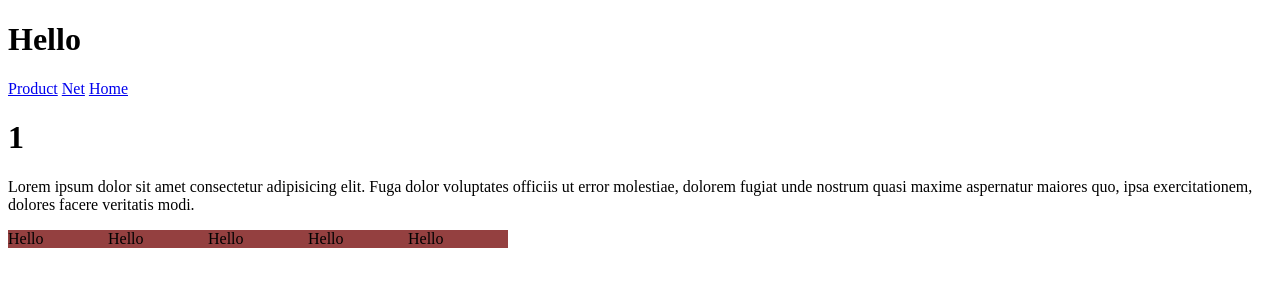
Repository: Nguyen-Toan-2004/du-an-test
Page: index.html
An editor plug-in stored every save of this project. The page is shown before and after a run of saves, followed by the edit.
The browser window is 1280 px wide. The pictures show the whole page.

Above is the page before, as saved 2025-10-20 19:55:55.

After the next 10 saves:
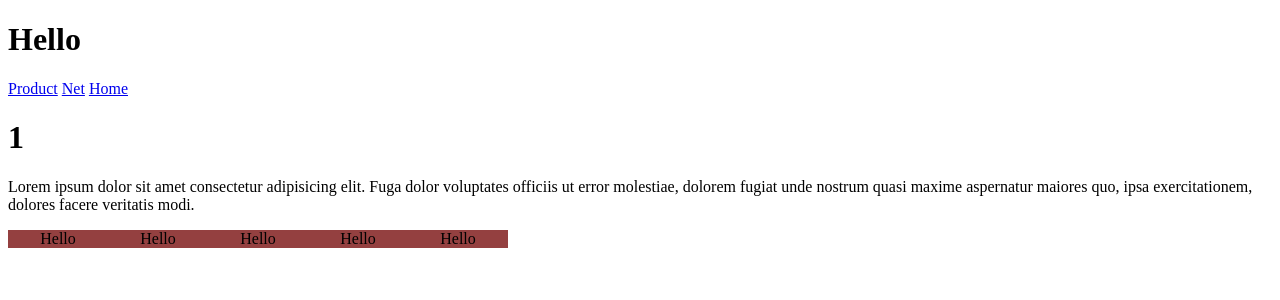
The 10 saves are shown as one change because they came seconds apart.
The last was saved 22 s later.
--- a/index.html
+++ b/index.html
@@ -13,7 +13,8 @@
     .container {
       display: grid;
       grid-template-columns: 100px 100px 100px 100px 100px;
-      display: ;
+      text-align: center;
+
     }
 
     .block{

After the 4 saves that followed:
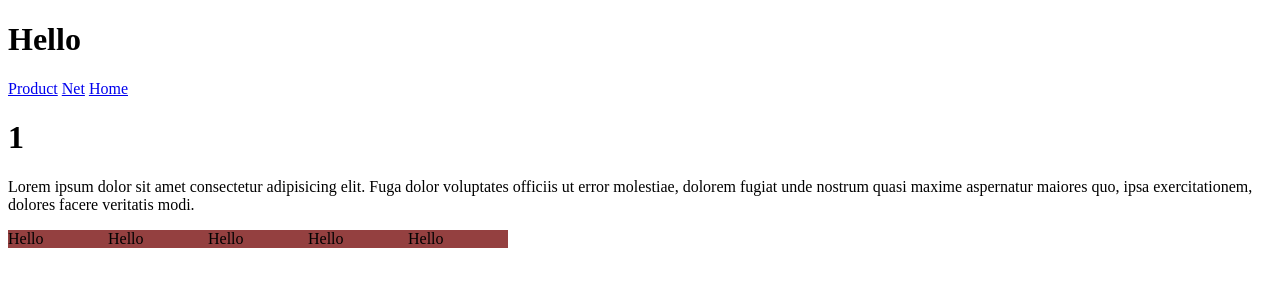
The 4 saves are shown as one change because they came seconds apart.
The last was saved 14 s later.
--- a/index.html
+++ b/index.html
@@ -13,7 +13,7 @@
     .container {
       display: grid;
       grid-template-columns: 100px 100px 100px 100px 100px;
-      text-align: center;
+      margin: 0 auto;
 
     }
 
